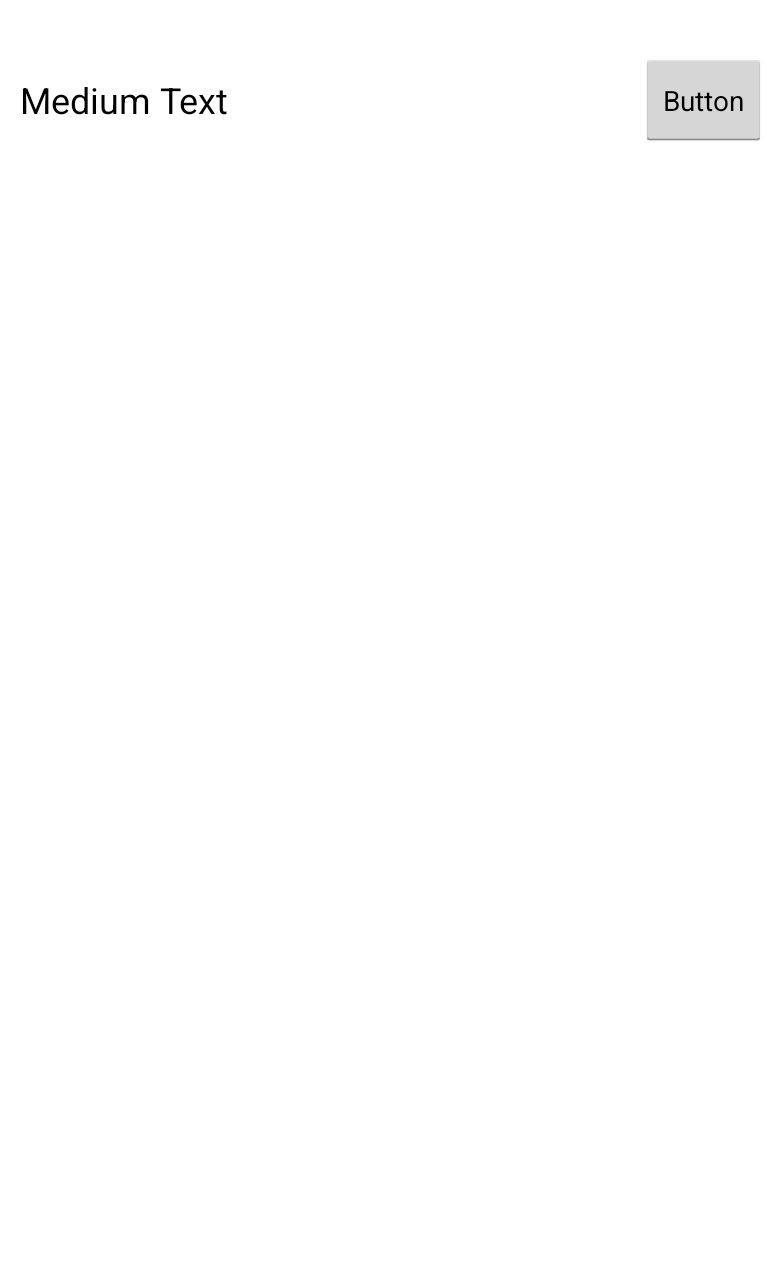
Repository: soumen91/GridView
Layout: CarApps/res/layout/row.xml
These files come from the project's save history. The layout is drawn as it stood at one moment and after the next save; the edit follows.
It is drawn on a 768 x 1280 px phone screen (xhdpi) without system bars, with theme AppTheme; the app's code is not run.

Above is the layout before, as saved 2013-06-18 10:58:52.

After the next save:
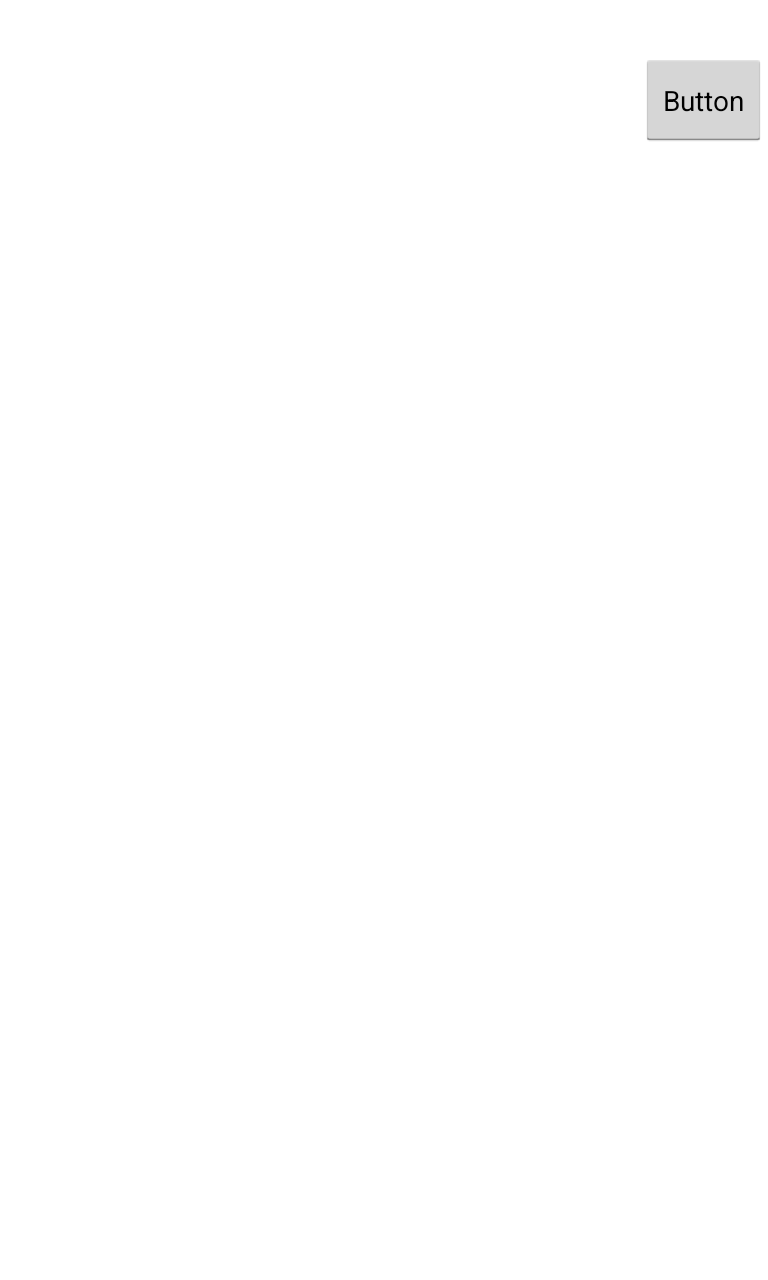
Saved 42 min 50 s later.
--- a/CarApps/res/layout/row.xml
+++ b/CarApps/res/layout/row.xml
@@ -22,7 +22,7 @@
                 android:layout_width="wrap_content"
                 android:layout_height="wrap_content"
                 android:layout_marginLeft="10dp"
-                android:text="Medium Text"
+                android:text=""
                 android:textAppearance="?android:attr/textAppearanceMedium"
                 android:textColor="@color/black" />
         </LinearLayout>
